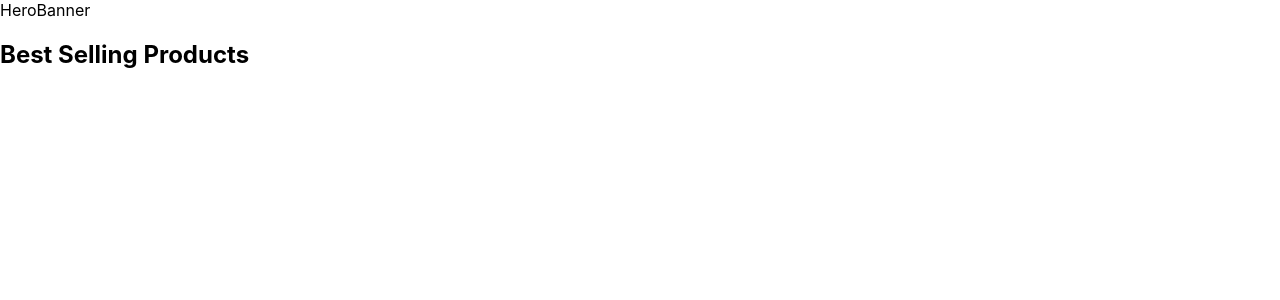
Repository: syni18/e-shop
Page: /
These files come from the project's save history. The page is drawn as it stood at one moment and after a run of saves; the edit follows.
The browser window is 1280 px wide. The pictures show the whole page.
The project was rebuilt for these pictures with package versions that can differ from the ones it lists, and the page was loaded fresh each time. The framework's server and built-in components were replaced by stand-ins that run in the browser. Also part of the build but not shown: next.config.js.

Above is the page before, as saved 2022-08-09 01:20:50.

After the next 2 saves:
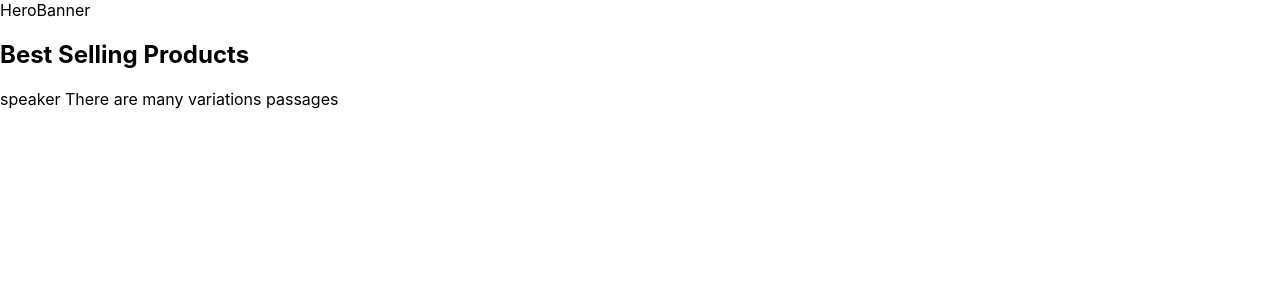
The 2 saves are shown as one change because they came seconds apart.
The last was saved 36 s later.
--- a/pages/index.js
+++ b/pages/index.js
@@ -3,12 +3,14 @@ import React from 'react'
 const index = () => {
   return (
     <>
-    HeroBanner
-    <div>
-      <h2>Best Selling Products</h2>
-    </div>
+      HeroBanner
+      <div>
+        <h2>Best Selling Products</h2>
+        <p>speaker There are many variations passages</p>
+      </div>
+
     </>
-  )
+  );
 }
 
 export default index
